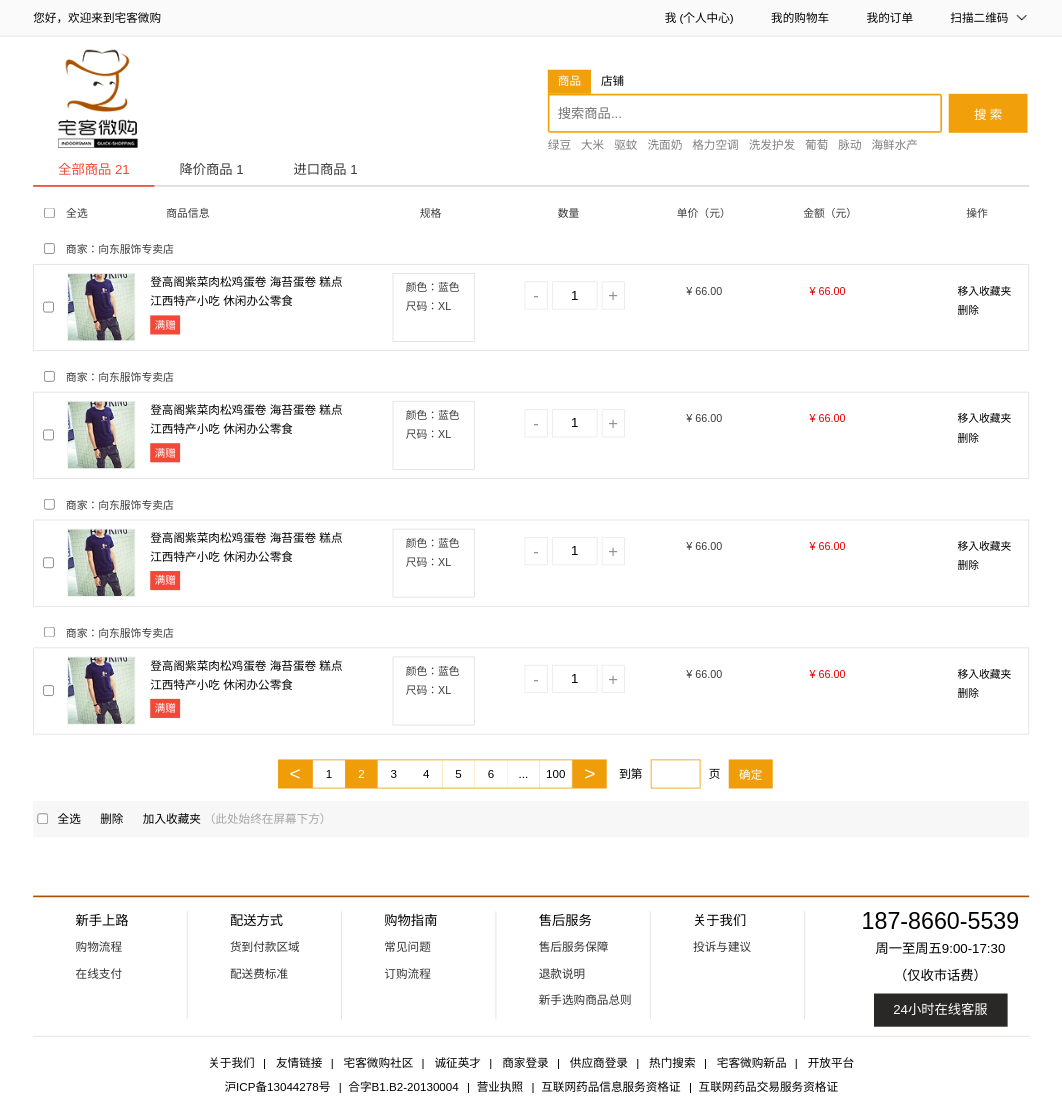
Repository: hucongting/MobliePhoneMall
Page: HelloMall/src/main/webapp/home/my_cart.html
An editor plug-in stored every save of this project. The page is shown before and after the next save, followed by the edit.
The browser window is 1280 px wide. The pictures show the whole page, at 83% of full size.

Above is the page before, as saved 2018-09-01 06:48:26.

After the next save:
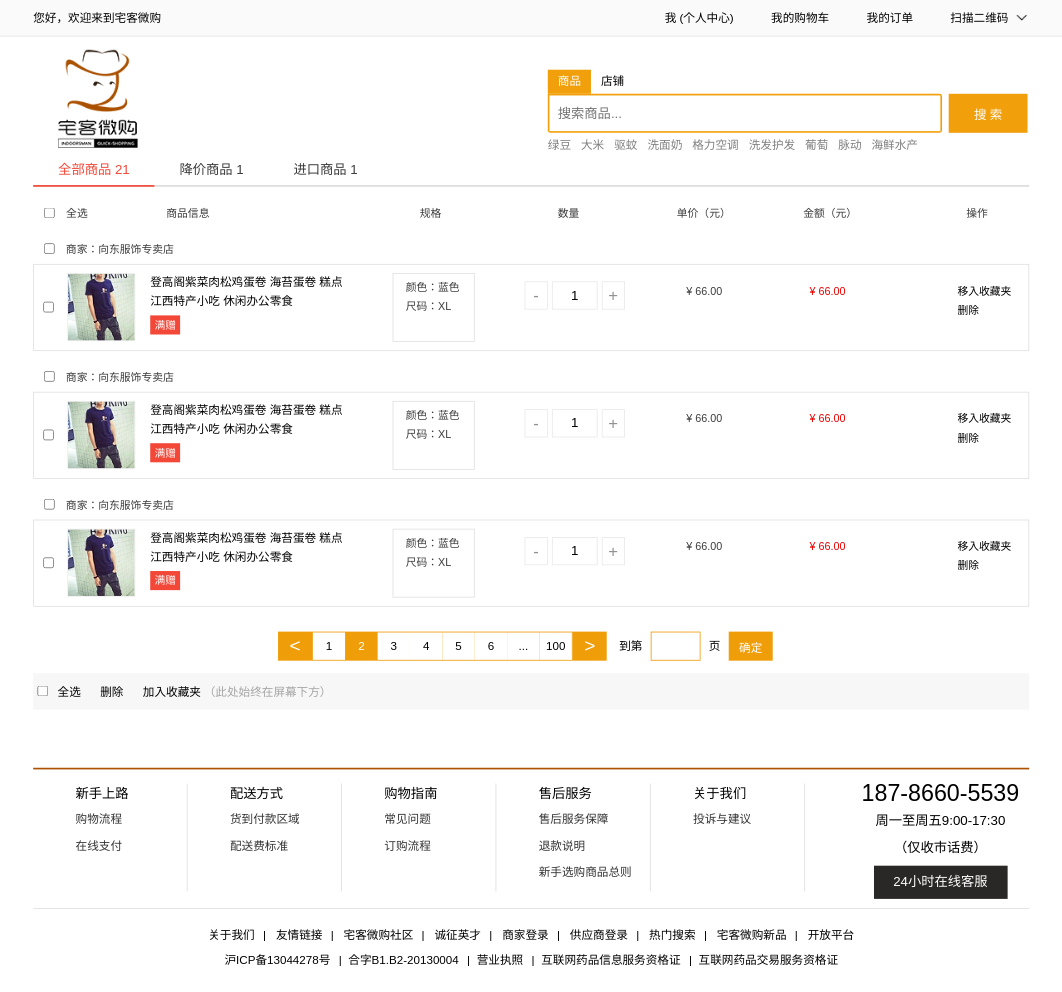
Saved 23 s later.
--- a/HelloMall/src/main/webapp/home/my_cart.html
+++ b/HelloMall/src/main/webapp/home/my_cart.html
@@ -90,65 +90,7 @@
         <div class="cart-con-info">
 
         <div class="cart-con-info">
-        	<div class="info-top">
-            	<input type="checkbox" value="" name="hobby"></input>
-				<span>商家：向东服饰专卖店</span>
-            </div>
-            <div class="info-mid">
-            	<input type="checkbox" value="" name="hobby" class="mid-ipt f-l"></input>
-                <div class="mid-tu f-l">
-                	<a href="#"><img src="images/dai1.gif" /></a>
-                </div>
-                <div class="mid-font f-l">
-                	<a href="#">登高阁紫菜肉松鸡蛋卷 海苔蛋卷 糕点<br />江西特产小吃 休闲办公零食</a>
-                    <span>满赠</span>
-                </div>
-                <div class="mid-guige f-l">
-                	<p>颜色：蓝色</p>
-                    <p>尺码：XL</p>
-                    <a href="JavaScript:;" class="xg" xg="xg2">修改</a>
-                    <div class="guige-xiugai" xg-g="xg2">
-                    	<div class="xg-left f-l">
-                        	<dl>
-                            	<dt>颜  色</dt>
-                                <dd>
-                                	<a href="JavaScript:;" class="current">黑色</a>
-                                    <a href="JavaScript:;">白色</a>
-                                </dd>
-                                <div style="clear:both;"></div>
-                            </dl>
-                            <dl>
-                            	<dt>尺  码</dt>
-                                <dd>
-                                	<a href="JavaScript:;" class="current">M</a>
-                                    <a href="JavaScript:;">L</a>
-                                    <a href="JavaScript:;">XL</a>
-                                </dd>
-                                <div style="clear:both;"></div>
-                            </dl>
-                            <a href="JavaScript:;" class="qd">确定</a>
-                            <a href="JavaScript:;" class="qx" qx="xg2">取消</a>
-                        </div>
-                    	<div class="xg-right f-l">
-                        	<a href="#"><img src="images/dai2.gif" /></a>
-                        </div>
-                        <div style="clear:both;"></div>
-                    </div>
-                </div>
-                <div class="mid-sl f-l">
-                	<a href="JavaScript:;" class="sl-left">-</a>
-                    <input type="text" value="1" />
-                    <a href="JavaScript:;" class="sl-right">+</a>
-                </div>
-                <p class="mid-dj f-l">¥ 66.00</p>
-                <p class="mid-je f-l">¥ 66.00</p>
-                <div class="mid-chaozuo f-l">
-                	<a href="#">移入收藏夹</a>
-                    <a href="#">删除</a>
-                </div>
-                <div style="clear:both;"></div>
-            </div>
-        </div>
+
         <div class="cart-con-info">
         	<div class="info-top">
             	<input type="checkbox" value="" name="hobby"></input>
